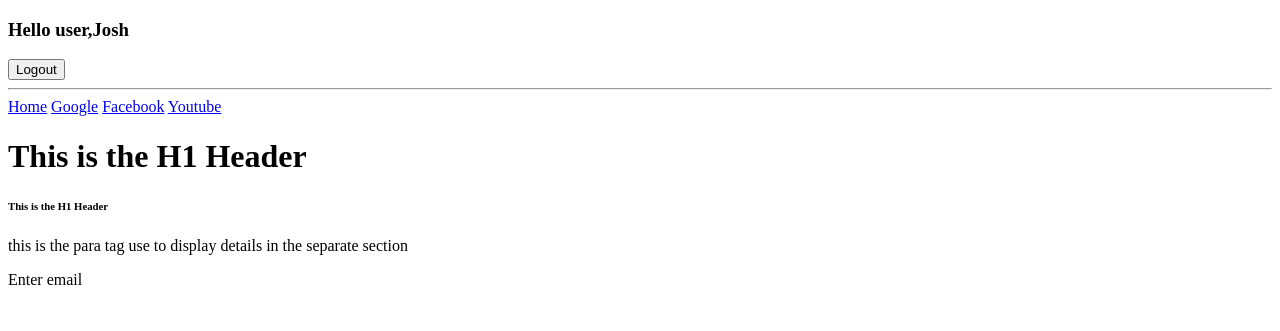
Repository: devandevare/Java
Page: Adv Java/Projects/first-web-app/src/main/webapp/demo.html
These files come from the project's save history. The page is drawn as it stood at one moment and after the next save; the edit follows.
The browser window is 1280 px wide. The pictures show the whole page.

Above is the page before, as saved 2022-09-25 05:47:14.

After the next save:
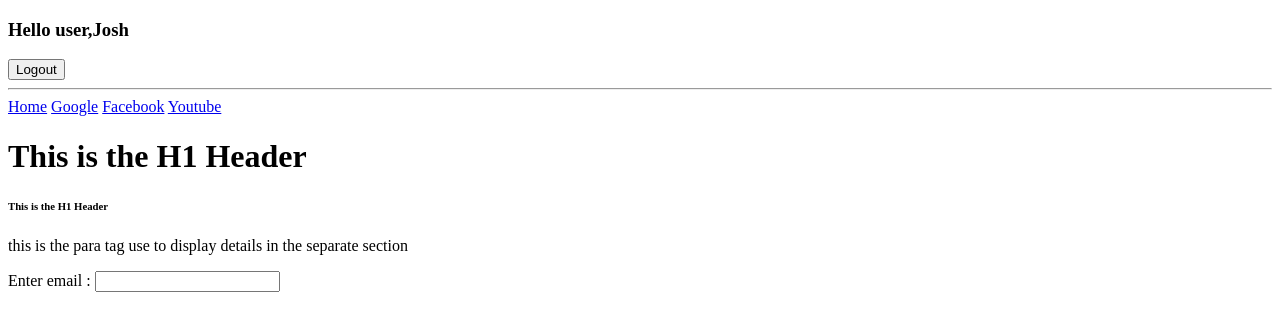
Saved 21 s later.
--- a/Adv Java/Projects/first-web-app/src/main/webapp/demo.html
+++ b/Adv Java/Projects/first-web-app/src/main/webapp/demo.html
@@ -27,7 +27,8 @@
 
 		<div>
 		<form action="" method="get">
-		<label>Enter email</label>
+		<label>Enter email :</label>
+		<input></input>
 
 		</form>
 		</div>
